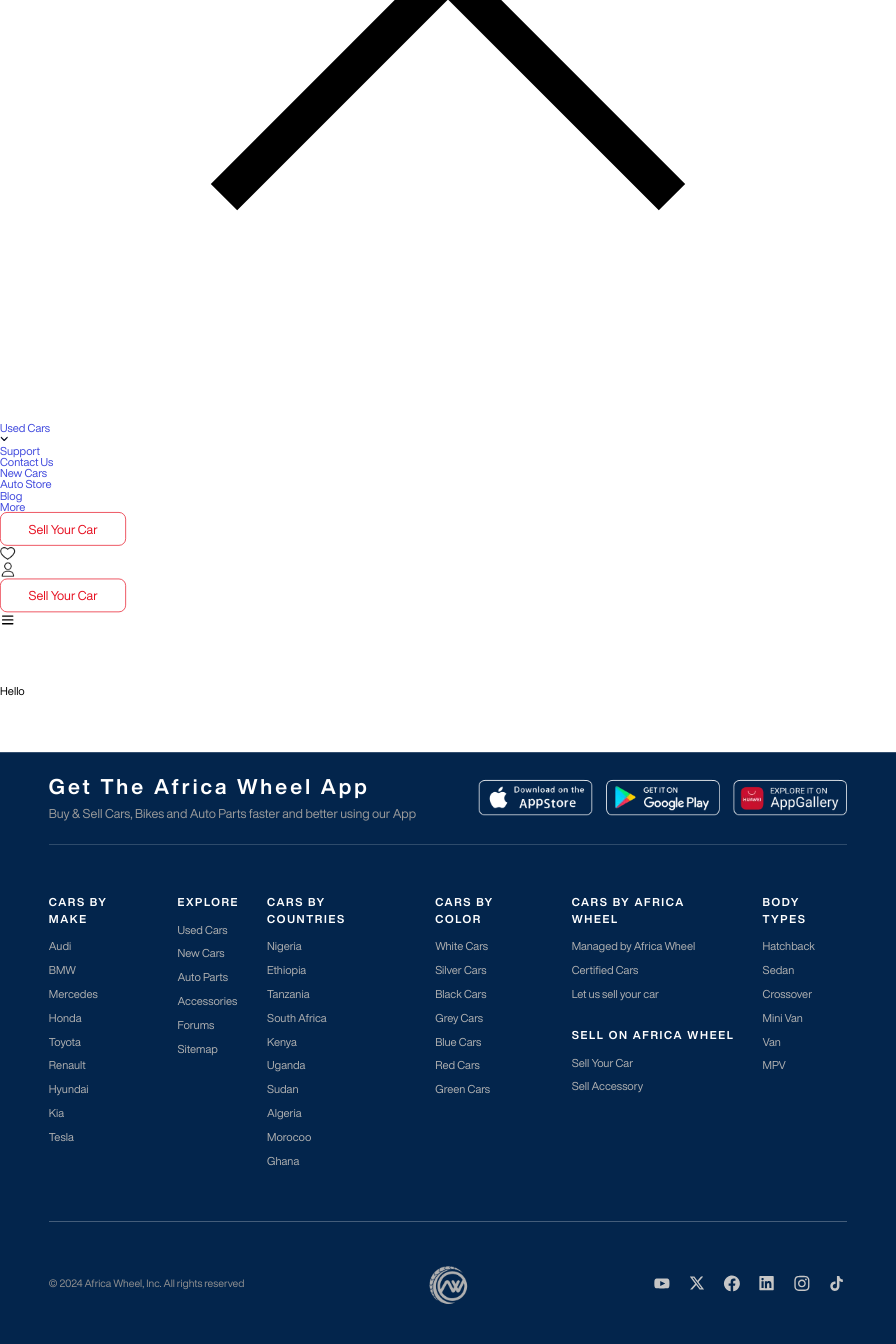
Repository: usmanunitedsol/africa_wheel
Page: pages/index.html
The author's editor kept a copy of each file at every save. The page is drawn from the files as they stood at one save, then again after the next save.
The browser window is 1280 px wide. The pictures show the part of the page from y = 762 to 2682 px (the page is 2682 px tall before and 2506 px after), at 70% of full size.
The style sheet was rebuilt from its Sass, Less or Tailwind sources for each picture, by a compiler version that may differ from the author's.

Above is the page before, as saved 2024-08-30 09:20:30.

After the next save:
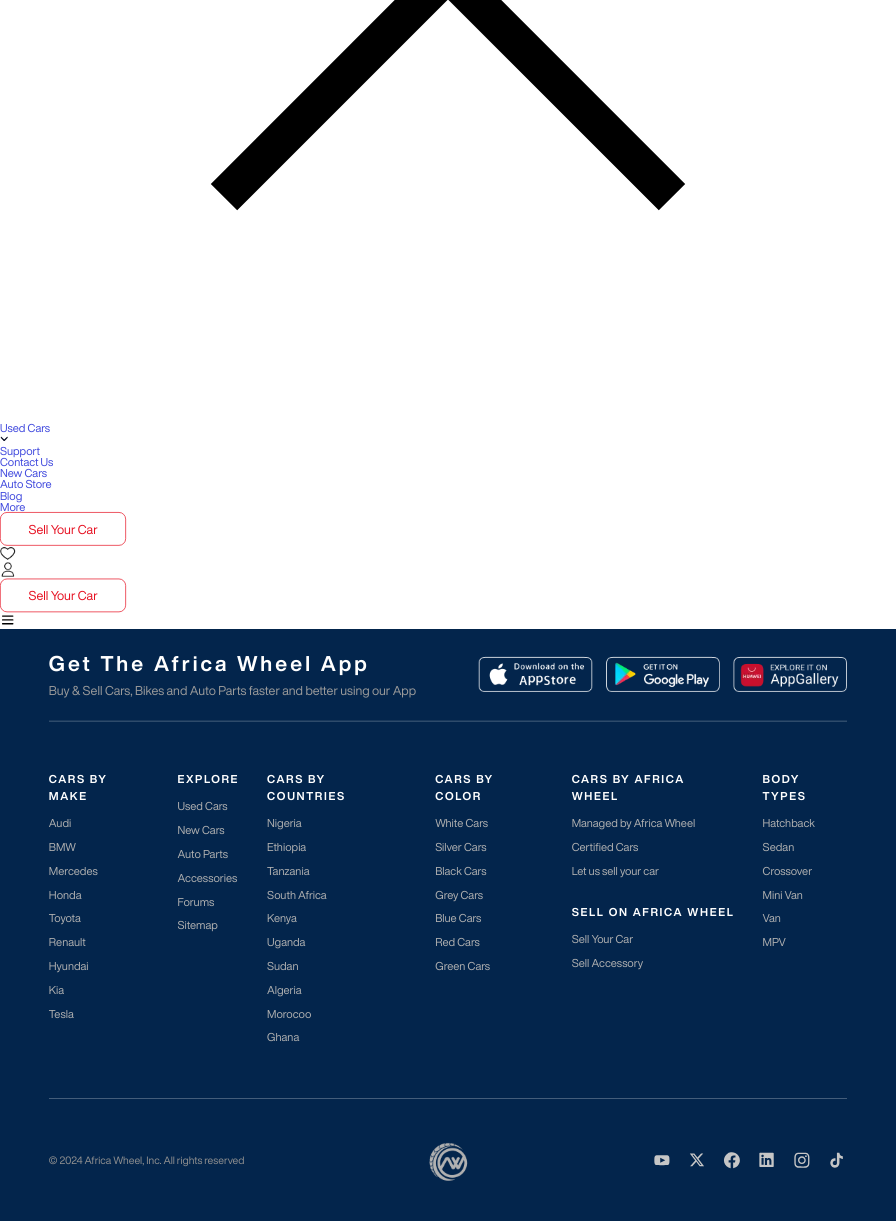
Saved 21 s later.
--- a/pages/index.html
+++ b/pages/index.html
@@ -115,9 +115,6 @@
 
                 <main class="page-main">
 
-                    <div class="section_padding">
-                        <span style="display: block; position: relative;">Hello</span>
-                    </div>
                 </main>
                 <footer class="page-footer">
                     <div class="main_container">
